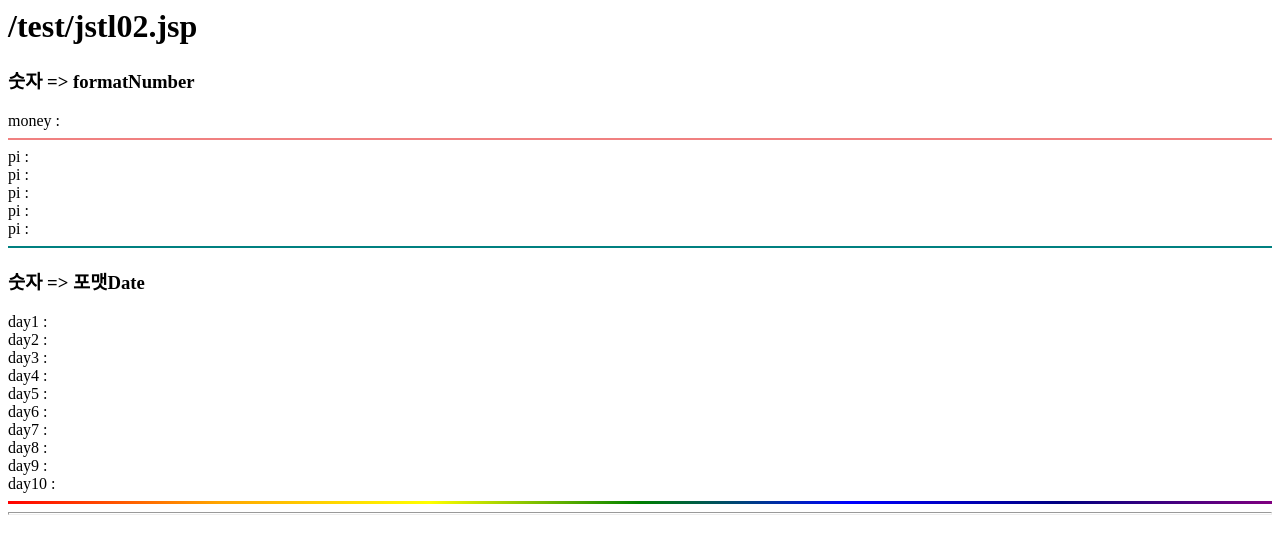
Repository: khsik/Woori-Computer-Academy
Page: http://localhost/mvc/WEB-INF/views/test/jstl02.jsp
An editor plug-in stored every save of this project. The page is shown before and after the next save, followed by the edit.
The browser window is 1280 px wide. The pictures show the whole page.
The page is served by Tomcat 9. Nobody is signed in. The template is opened directly, without the code that normally fills it, so the values that code supplies are empty.

Above is the page before, as saved 2024-05-13 07:28:43.

After the next save:
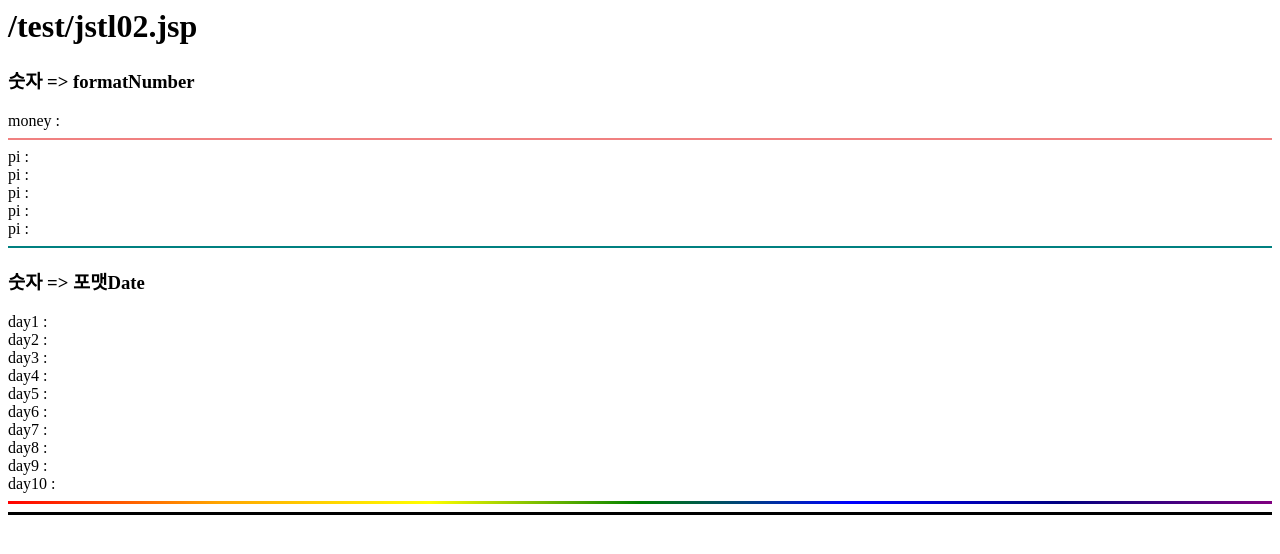
Saved 36 s later.
--- a/mvc/src/main/webapp/WEB-INF/views/test/jstl02.jsp
+++ b/mvc/src/main/webapp/WEB-INF/views/test/jstl02.jsp
@@ -32,4 +32,4 @@ day9 : <fmt:formatDate value="${day }" type="date" dateStyle="short" /> <br>
 day10 : <fmt:formatDate value="${day }" type="date" dateStyle="default" /> <br>
 
 <hr size="5px" style="border:0; background: linear-gradient(0.25turn, red, orange, yellow, green, blue, navy, purple);">
-<hr size="3px" style="border-color: linear-gradient(0.25turn, red, orange, yellow, green, blue, navy, purple);">
+<hr style="border:0; border-top:3px solid;border-color: linear-gradient(0.25turn, red, orange, yellow, green, blue, navy, purple);">
